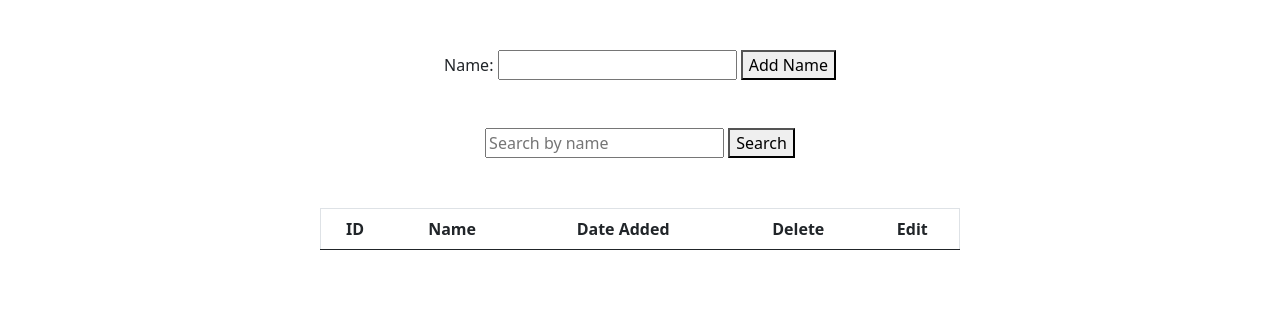
Repository: Theracon/Simple-mysql-node-app
Page: client/index.html
An editor plug-in stored every save of this project. The page is shown before and after the next save, followed by the edit.
The browser window is 1280 px wide. The pictures show the whole page.
The page's requests for data from a server got no answer.

Above is the page before, as saved 2021-06-04 21:00:37.

After the next save:
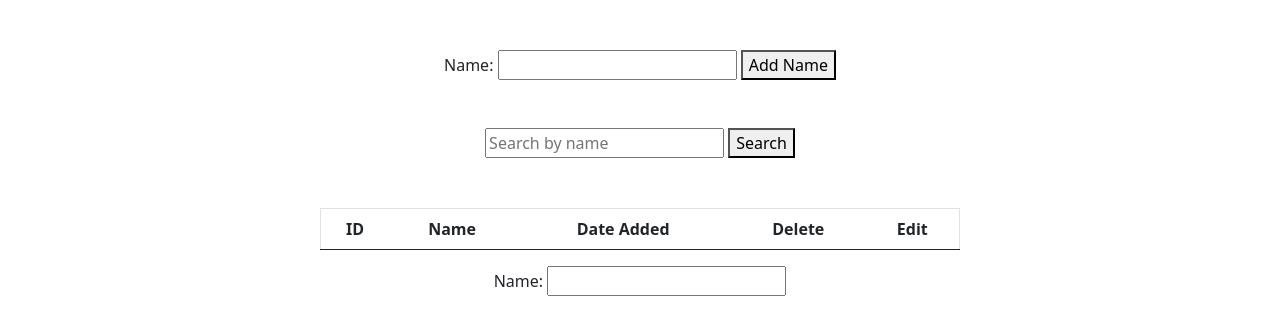
Saved 27 s later.
--- a/client/index.html
+++ b/client/index.html
@@ -35,7 +35,8 @@
         </table>
 
         <section id="update-row">
-
+            <label>Name:</label>
+            <input type="">
         </section>
     </main>
 
